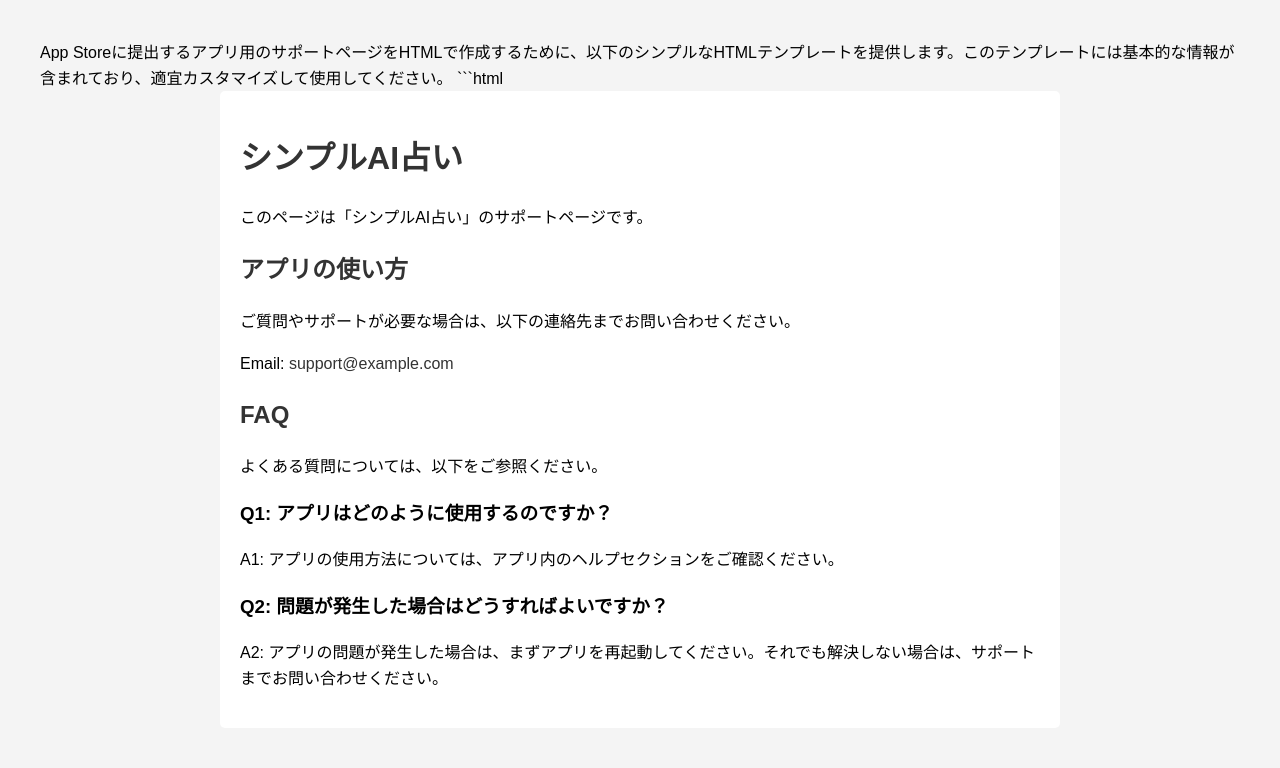
Repository: MasatoKawakami/publicpages
Page: aiuranai/support.html
The author's editor kept a copy of each file at every save. The page is drawn from the files as they stood at one save, then again after the next save.
The browser window is 1280 px wide. The pictures show the whole page.

Above is the page before, as saved 2024-03-19 10:06:50.

After the next save:
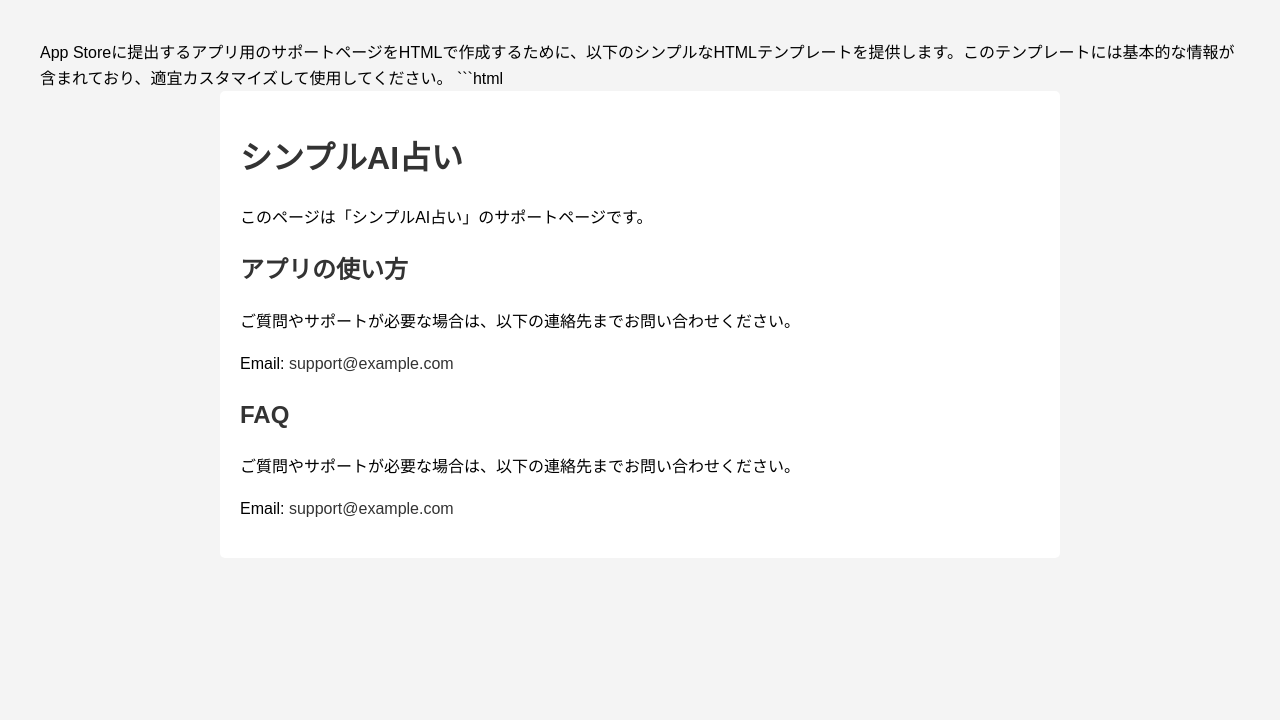
Saved 8 min 53 s later.
--- a/aiuranai/support.html
+++ b/aiuranai/support.html
@@ -47,13 +47,8 @@ App Storeに提出するアプリ用のサポートページをHTMLで作成す
     <p>Email: <a href="mailto:support@example.com">support@example.com</a></p>
 
     <h2>FAQ</h2>
-    <p>よくある質問については、以下をご参照ください。</p>
-
-    <h3>Q1: アプリはどのように使用するのですか？</h3>
-    <p>A1: アプリの使用方法については、アプリ内のヘルプセクションをご確認ください。</p>
-
-    <h3>Q2: 問題が発生した場合はどうすればよいですか？</h3>
-    <p>A2: アプリの問題が発生した場合は、まずアプリを再起動してください。それでも解決しない場合は、サポートまでお問い合わせください。</p>
+    <p>ご質問やサポートが必要な場合は、以下の連絡先までお問い合わせください。</p>
+    <p>Email: <a href="mailto:support@example.com">support@example.com</a></p>
   </div>
 </body>
 
